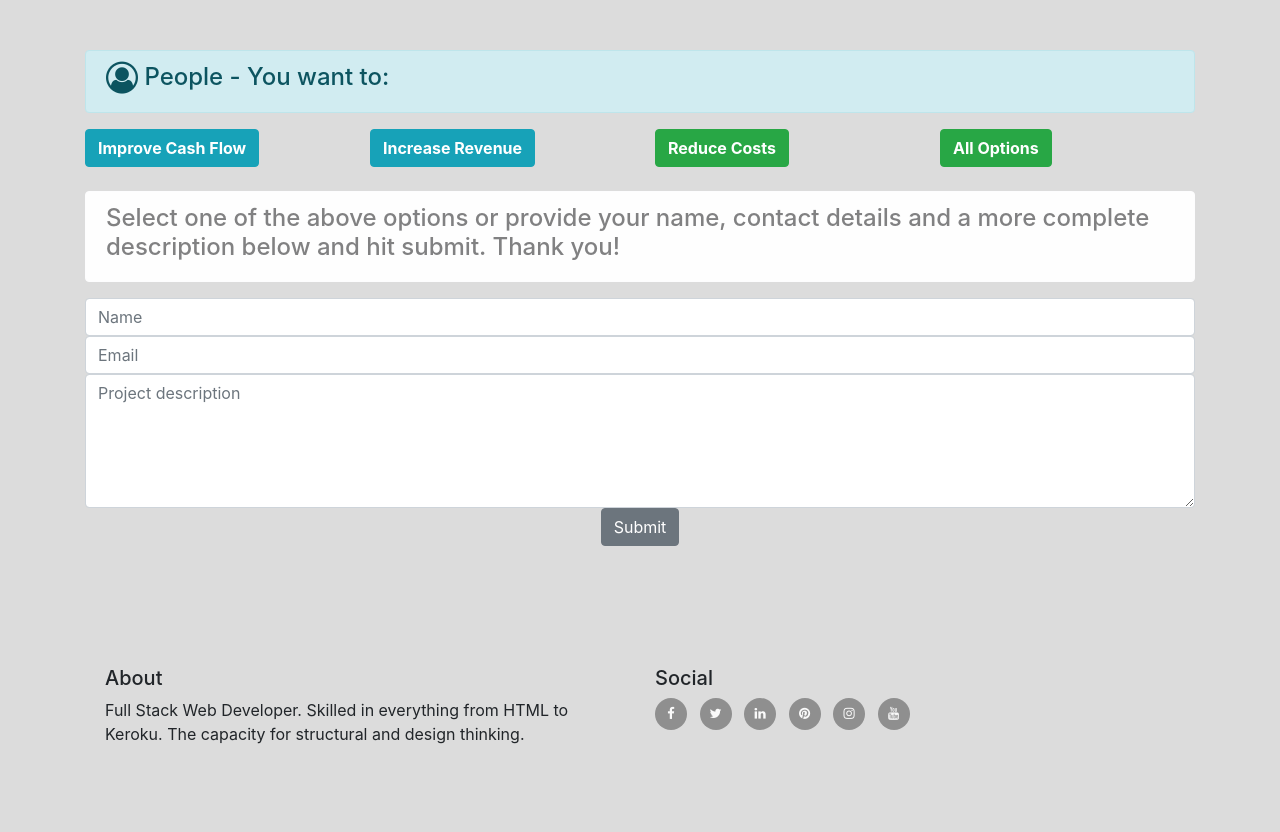
Repository: Code-Institute-Submissions/tenerim-milestone1
Page: People.html
The author's editor kept a record of every edit. The page is drawn from the files as they stood at one moment, then again after the next edit.
The browser window is 1280 px wide. The pictures show the whole page.

Above is the page before.

### People.html
<!DOCTYPE html>
<html lang="en">

<head>
    <meta charset="UTF-8">
    <meta name="viewport" content="width=device-width, initial-scale=1.0">
    <meta http-equiv="X-UA-Compatible" content="ie=edge">
    <link rel="stylesheet" href="https://stackpath.bootstrapcdn.com/bootstrap/4.3.1/css/bootstrap.min.css" type="text/css" />
    <link href="https://stackpath.bootstrapcdn.com/bootstrap/4.3.1/css/bootstrap.min.css" rel="stylesheet" integrity="sha384-ggOyR0iXCbMQv3Xipma34MD+dH/1fQ784/j6cY/iJTQUOhcWr7x9JvoRxT2MZw1T" crossorigin="anonymous">
    <link rel="stylesheet" href="https://stackpath.bootstrapcdn.com/font-awesome/4.7.0/css/font-awesome.min.css" type="text/css" />
    <link href="https://stackpath.bootstrapcdn.com/font-awesome/4.7.0/css/font-awesome.min.css" rel="stylesheet" integrity="sha384-wvfXpqpZZVQGK6TAh5PVlGOfQNHSoD2xbE+QkPxCAFlNEevoEH3Sl0sibVcOQVnN" crossorigin="anonymous">
    <link rel="stylesheet" href="assets/css/style.css" type="text/css" />
    <title>MT Milestone Project 1</title>

</head>

<!-------------------------------------------------------------People -->

<body>

    <section id="People" ;>

        <div class="container">

            <div class="row">
                <div class="col-sm-12">
                    <div class="alert alert-info" role="alert">
                        <h4 class="alert-heading"><i class="fa fa-user-circle-o fa-lg" aria-hidden="true"></i> People - You want to:</h4>
                    </div>
                </div>
            </div>

            <div class="row">

                <div class="col-sm-3">
                    <button type="button" class="btn btn-info"><a href="#" class="alert-link">Improve Cash Flow</a></button> <br />
                </div>
                <div class="col-sm-3">
                    <button type="button" class="btn btn-info"><a href="#" class="alert-link">Increase Revenue</a></button> <br />
                </div>
                <div class="col-sm-3">
                    <button type="button" class="btn btn-success"><a href="#" class="alert-link">Reduce Costs</a></button> <br />
                </div>
                <div class="col-sm-3">
                    <button type="button" class="btn btn-success"><a href="#" class="alert-link">All Options</a></button> <br /> <br />
                </div>
            </div>

            <div class="alert alert-light" role="alert">
                <h4 class="alert-heading">Select one of the above options or provide your name, contact details and a more complete description below and hit submit. Thank you!</h4>
            </div>

            <div class="center-form">
                <form>
                    <input type="text" name="name" id="fullname" class="form-control" placeholder="Name" required />
                    <input type="email" name="email" id="emailaddress" class="form-control" placeholder="Email" required />
                    <textarea rows="5" name="projectsummary" id="projectsummary" class="form-control" placeholder="Project description" required></textarea>
                    <div class="form-row text-center">
                        <div class="col">
                            <button type="submit" class="btn btn-secondary">Submit</button>
                        </div>
                    </div>
                </form>
            </div>

        </div>

    </section>


    <!-------------------------------------------------------------Footer -->

    <Section id="footer" ;>

        <footer class="container">
            <div id="footer-details" class="row">
                <div class="col-sm-6">
                    <h5 class="uppercase general-sub">About</h5>
                    <p class "inline-block">
                        Full Stack Web Developer. Skilled in everything from HTML to Keroku. The capacity for structural and design thinking.</p>
                </div>


                <div class="col-sm-6">
                    <h5 class="uppercase general-sub">Social</h5>
                    <ul class="list-inline social-links">
                        <li class="list-inline-item">
                            <a target="_blank" href="#">
                            <i class="fa fa-facebook" aria-hidden="true"></i>
                            <span class="sr-only">Facebook</span>
                        </a>
                        </li>
                        <li class="list-inline-item">
                            <a target="_blank" href="#">
                            <i class="fa fa-twitter" aria-hidden="true"></i>
                            <span class="sr-only">twitter</span>
                        </a>
                        </li>
                        <li class="list-inline-item">
                            <a target="_blank" href="#">
                            <i class="fa fa-linkedin" aria-hidden="true"></i>
                            <span class="sr-only">LinkedIn</span>
                        </a>
                        </li>
                        </li>
                        <li class="list-inline-item">
                            <a target="_blank" href="#">
                            <i class="fa fa-pinterest" aria-hidden="true"></i>
                            <span class="sr-only">Pinterest</span>
                        </a>
                        </li>
                        </li>
                        <li class="list-inline-item">
                            <a target="_blank" href="#">
                            <i class="fa fa-instagram" aria-hidden="true"></i>
                            <span class="sr-only">Instagram</span>
                        </a>
                        </li>
                        </li>
                        <li class="list-inline-item">
                            <a target="_blank" href="#">
                            <i class="fa fa-youtube" aria-hidden="true"></i>
                            <span class="sr-only">YouTube</span>
                        </a>
                        </li>
                    </ul>
                </div>
            </div>

        </footer>

    </Section>

</body>

</html>

### assets/css/style.css
.container-fluid {
    background-color: rgb(220, 220, 220);
}

section {
    background-color: rgb(220, 220, 220);
    padding-top: 50px;
    padding-bottom: 50px;
}

.splash {
    background-color: rgb(192, 192, 192);
}


.display-4 {
    padding-top: 50px;
}


.lead {
    padding-bottom: 50px;
}


.headbox {
    border-radius: 25px;
    border: 2px solid #73AD21;
    padding: 10px;
    text-align: center;
    width: 200px;

}

h4 {
    color: rgb(255, 255, 255);
}


.alert-link {

color: rgb(255, 255, 255);
}

/*--------------------------------------How I Got Here-----*/

.timeline-item {
    padding: 0em 1em 1em 1em;
    border-left: 1px solid;
}

.timeline-item:before {
    content: attr(data-dates);
    left: 2.5em;
    top: 3em;
    display: block;
    font-weight: 500;
    font-size: 1em;
    color: #fafafa;
}

.timeline-item:after {
    width: 12px;
    height: 12px;
    display: block;
    top: -3em;
    position: relative;
    left: -23px;
    border-radius: 12px;
    content: "";
    background: #fafafa;
}


/*--------------------------------------How I Add Value-----*/








/*--------------------------------------Contact-----*/

.contact {
  position: relative;
  text-align: center;
  color: white;
}


.top-left {
  position: absolute;
  top: 8px;
  left: 16px;
}




/*--------------------------------------Footer-----*/

.social-links {
    padding-bottom: 15px;
}

.social-links li a i {
    width: 32px;
    height: 32px;
    padding: 12px 0;
    border-radius: 50%;
    font-size: 13px;
    line-height: 7px;
    text-align: center;
    color: #fafafa;
    background: #8f8f8f;
    transition: all 0.35s ease-in-out;
    -moz-transition: all 0.35s ease-in-out;
    -webkit-transition: all 0.35s ease-in-out;
    -o-transition: all 0.35s ease-in-out;
}

.social-links li a i:hover {
    background: #e84610;
}

#footer-details {
    padding: 20px;
}

After the next edit:
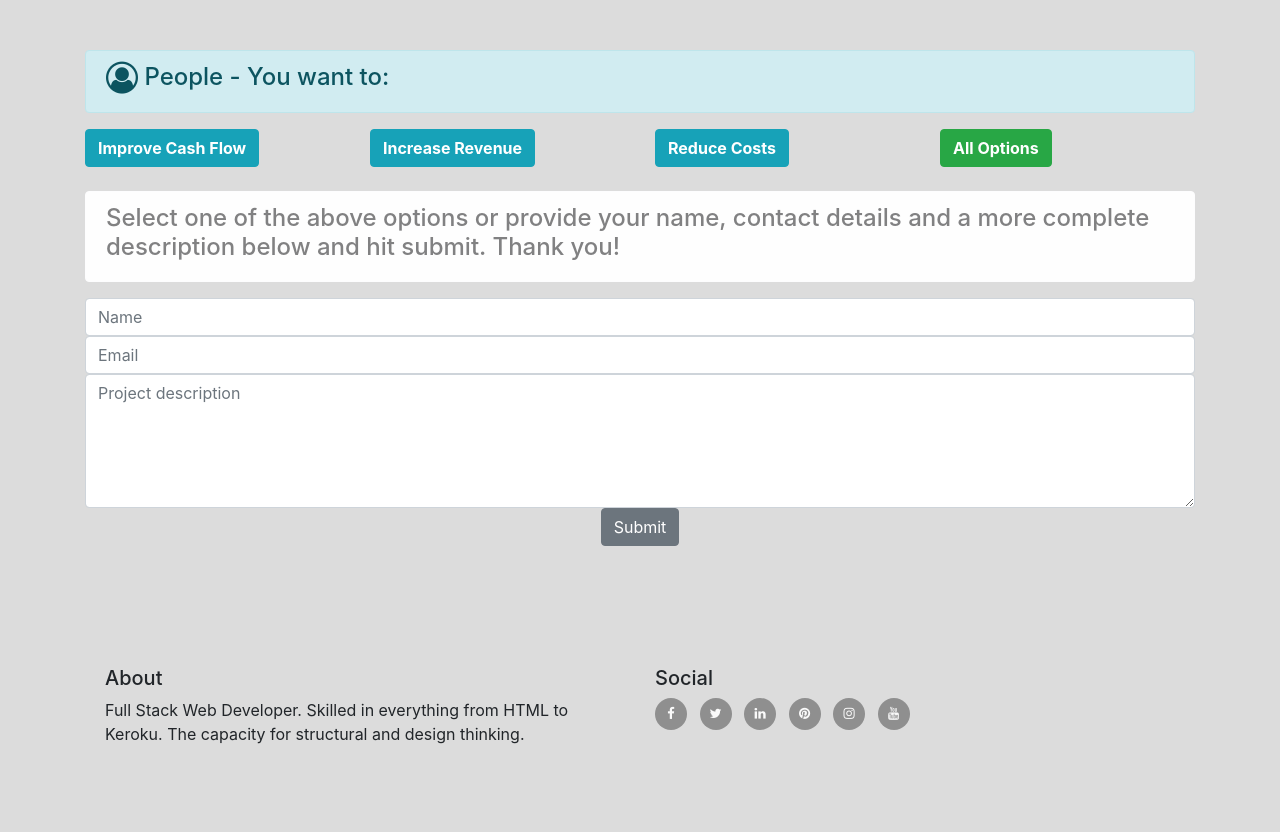
The edit:
--- a/People.html
+++ b/People.html
@@ -39,7 +39,7 @@
                     <button type="button" class="btn btn-info"><a href="#" class="alert-link">Increase Revenue</a></button> <br />
                 </div>
                 <div class="col-sm-3">
-                    <button type="button" class="btn btn-success"><a href="#" class="alert-link">Reduce Costs</a></button> <br />
+                    <button type="button" class="btn btn-info"><a href="#" class="alert-link">Reduce Costs</a></button> <br />
                 </div>
                 <div class="col-sm-3">
                     <button type="button" class="btn btn-success"><a href="#" class="alert-link">All Options</a></button> <br /> <br />
